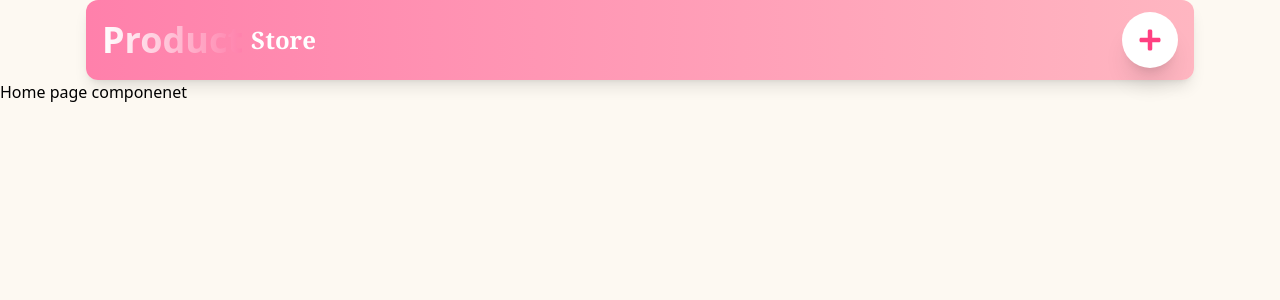
Repository: xarrkhan001/Mern-stack-Project
Page: / (app in frontend/)
The author's editor kept a copy of each file at every save. The page is drawn from the files as they stood at one save, then again after the next save.
The browser window is 1280 px wide. The pictures show the whole page.
The project was rebuilt for these pictures with package versions that can differ from the ones it lists, and the page was loaded fresh each time. Also part of the build but not shown: frontend/vite.config.js, frontend/src/pages/CreatePage.jsx.

Above is the page before, as saved 2025-03-05 15:50:06.

After the next save:
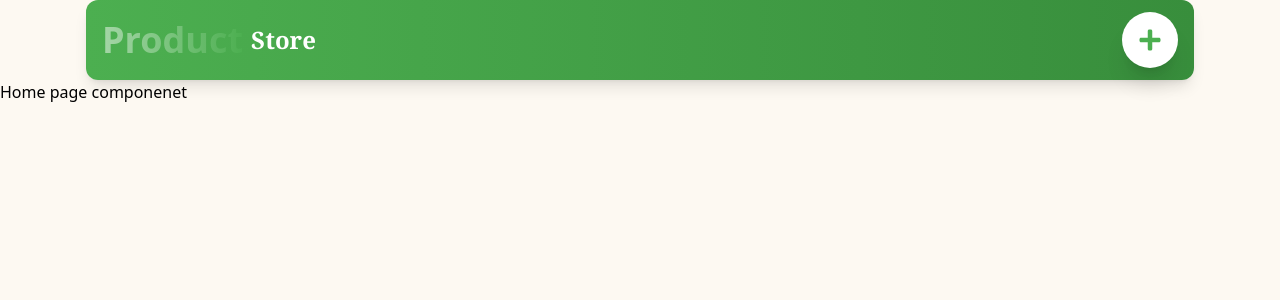
Saved 49 s later.
--- a/frontend/src/components/Navbar.jsx
+++ b/frontend/src/components/Navbar.jsx
@@ -7,10 +7,10 @@
     <>
       <div className="max-w-[1140px] px-4 mx-auto">
         {/* Navbar container */}
-        <div className="flex items-center justify-between h-20 bg-gradient-to-r from-[#FF80AB] to-[#FFB6C1] p-4 rounded-xl shadow-lg">
+        <div className="flex items-center justify-between h-20 bg-gradient-to-r from-[#4CAF50] to-[#388E3C] p-4 rounded-xl shadow-lg">
           {/* Left side - ProductStore logo */}
           <Link to="/" className="font-bold flex items-center space-x-2">
-            <span className="text-4xl font-extrabold text-transparent bg-clip-text bg-gradient-to-r from-[#FFFFFF] to-[#FF80AB]">
+            <span className="text-4xl font-extrabold text-transparent bg-clip-text bg-gradient-to-r from-[#A5D6A7] to-[#4CAF50]">
               Product
             </span>
             <span className="text-2xl text-white font-serif">Store</span>
@@ -19,7 +19,7 @@
           {/* Right side - Plus Icon */}
           <div className="relative">
             <Link to="/create">
-              <button className="w-14 h-14 bg-white text-[#FF4081] rounded-full flex items-center justify-center transform hover:scale-125 transition-all duration-300 shadow-xl hover:shadow-2xl focus:outline-none">
+              <button className="w-14 h-14 bg-white text-[#4CAF50] rounded-full flex items-center justify-center transform hover:scale-125 transition-all duration-300 shadow-xl hover:shadow-2xl focus:outline-none">
                 <FaPlus size={24} />
               </button>
             </Link>

After the save that followed:
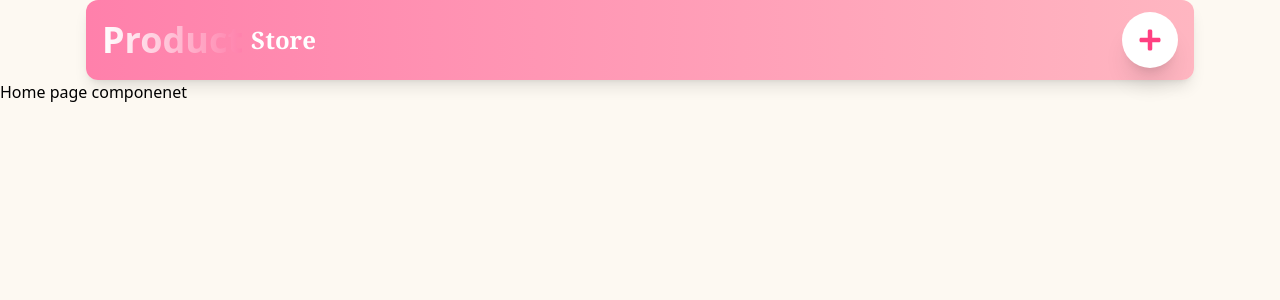
Saved 34 s later.
--- a/frontend/src/components/Navbar.jsx
+++ b/frontend/src/components/Navbar.jsx
@@ -7,10 +7,10 @@
     <>
       <div className="max-w-[1140px] px-4 mx-auto">
         {/* Navbar container */}
-        <div className="flex items-center justify-between h-20 bg-gradient-to-r from-[#4CAF50] to-[#388E3C] p-4 rounded-xl shadow-lg">
+        <div className="flex items-center justify-between h-20 bg-gradient-to-r from-[#FF80AB] to-[#FFB6C1] p-4 rounded-xl shadow-lg">
           {/* Left side - ProductStore logo */}
           <Link to="/" className="font-bold flex items-center space-x-2">
-            <span className="text-4xl font-extrabold text-transparent bg-clip-text bg-gradient-to-r from-[#A5D6A7] to-[#4CAF50]">
+            <span className="text-4xl font-extrabold text-transparent bg-clip-text bg-gradient-to-r from-[#FFFFFF] to-[#FF80AB]">
               Product
             </span>
             <span className="text-2xl text-white font-serif">Store</span>
@@ -19,7 +19,7 @@
           {/* Right side - Plus Icon */}
           <div className="relative">
             <Link to="/create">
-              <button className="w-14 h-14 bg-white text-[#4CAF50] rounded-full flex items-center justify-center transform hover:scale-125 transition-all duration-300 shadow-xl hover:shadow-2xl focus:outline-none">
+              <button className="w-14 h-14 bg-white text-[#FF4081] rounded-full flex items-center justify-center transform hover:scale-125 transition-all duration-300 shadow-xl hover:shadow-2xl focus:outline-none">
                 <FaPlus size={24} />
               </button>
             </Link>
